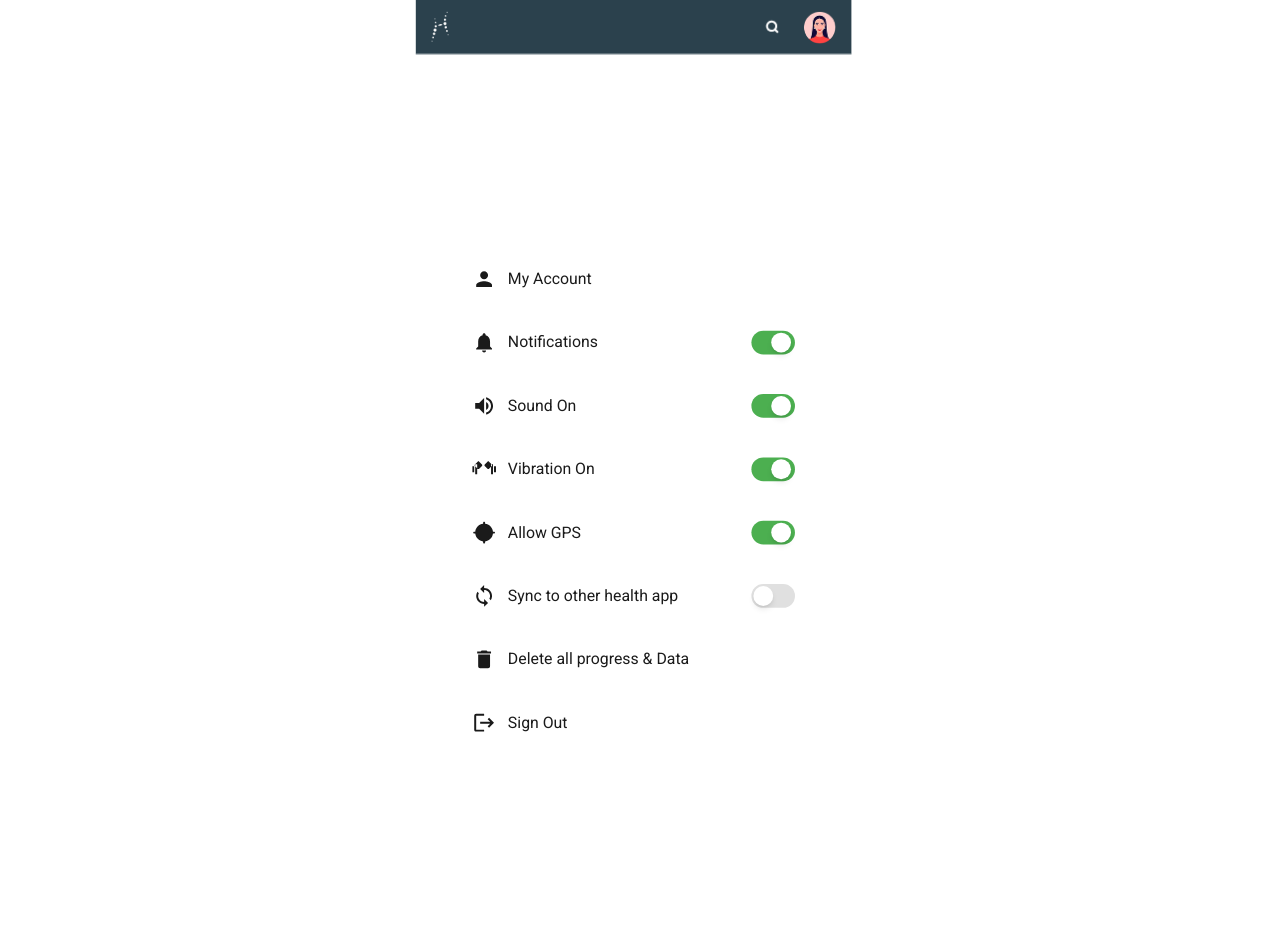
Repository: patcha-d3/heal_u
Page: /onboarding/settings
An editor plug-in stored every save of this project. The page is shown before and after the next save, followed by the edit.
The browser window is 1280 px wide. The pictures show the whole page, at 99% of full size.
The project was rebuilt for these pictures with package versions that can differ from the ones it lists, and the page was loaded fresh each time. The framework's server and built-in components were replaced by stand-ins that run in the browser. Also part of the build but not shown: next.config.js, next.config.mjs, ui/Bottomnav/Bottomnav.module.css, ui/Bottomnav/Bottomnav.js.

Above is the page before, as saved 2025-05-16 18:39:45.

After the next save:
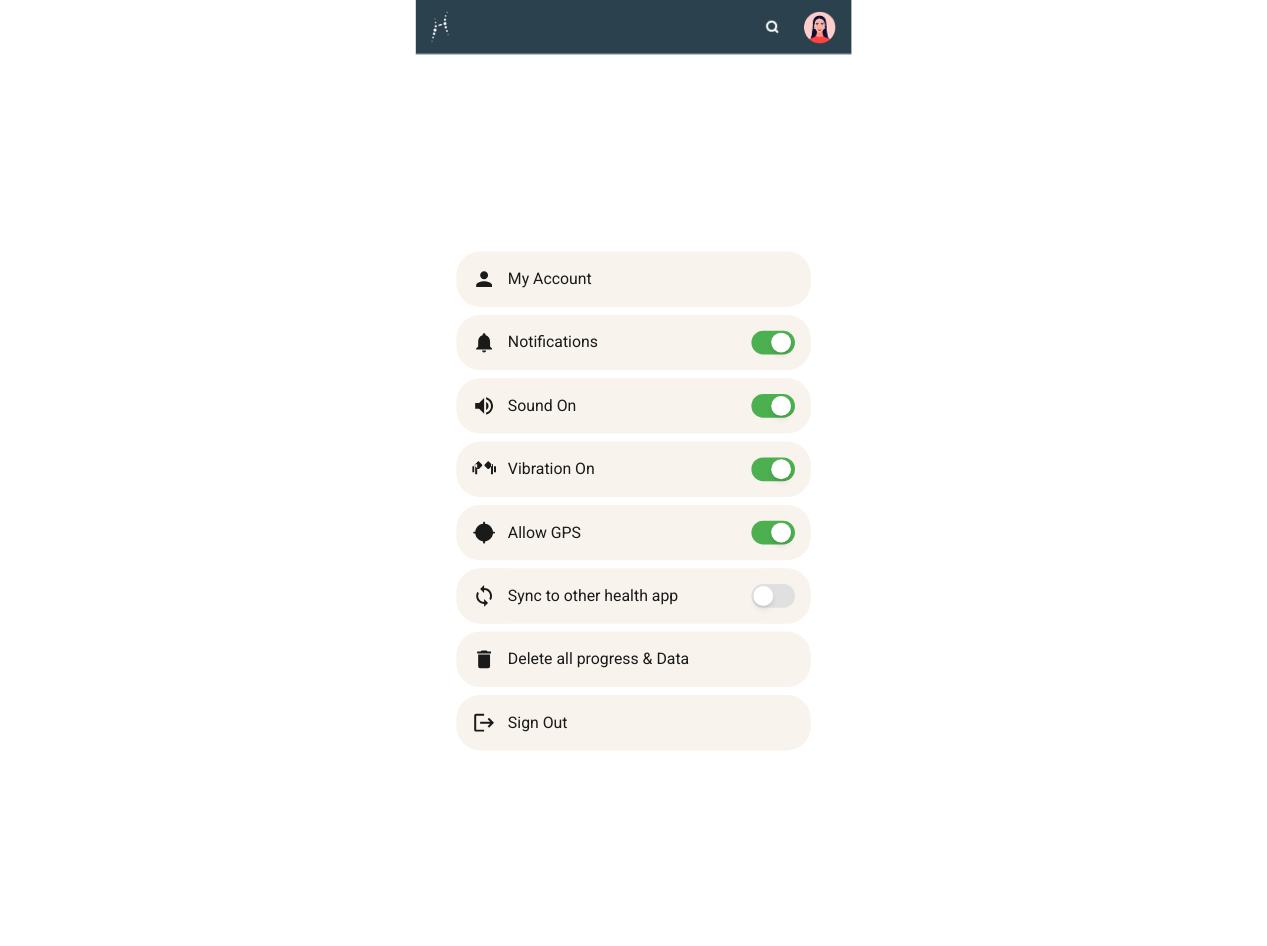
Saved 119 s later.
--- a/ui/Settings-card/Settings-card.js
+++ b/ui/Settings-card/Settings-card.js
@@ -11,7 +11,7 @@ export default function SettingsCard({
 	onToggle,
 }) {
 	return (
-		<div className='flex items-center justify-between w-[358px] h-[56px] px-4 bg-white rounded-lg'>
+		<div className='flex items-center justify-between w-[358px] h-[56px] px-4 bg-[#F8F3EC] rounded-[24px]'>
 			<div className='flex items-center gap-3'>
 				<Image
 					src={icon}
